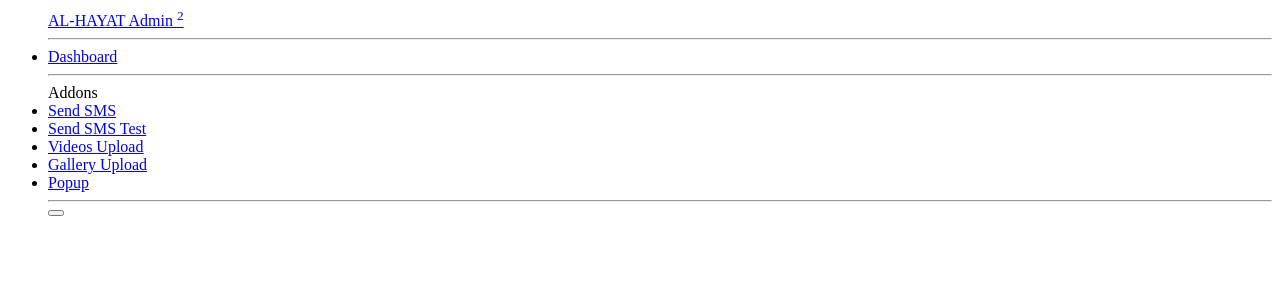
Repository: aache/alhayat
Page: http://localhost/admin/sidebar.php
An editor plug-in stored every save of this project. The page is shown before and after the next save, followed by the edit.
The browser window is 1280 px wide. The pictures show the whole page.
The page is run by PHP 8.4 with error messages shown; the project is at /var/www/html/.

Above is the page before, as saved 2019-04-27 00:01:41.

After the next save:
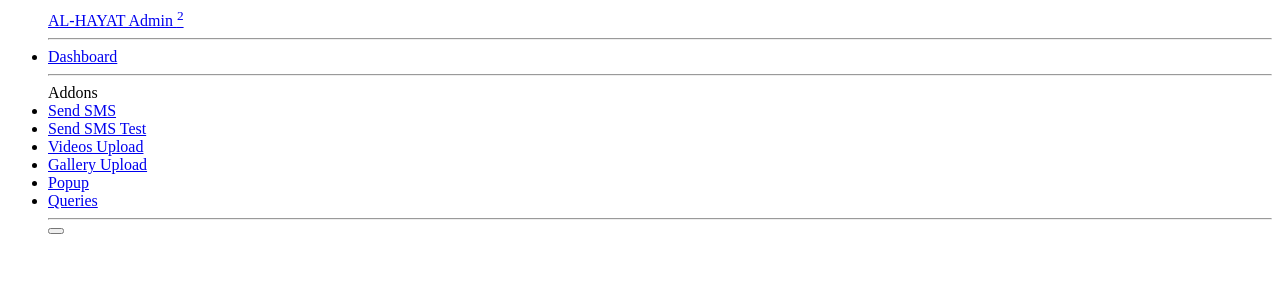
Saved 117 s later.
--- a/admin/sidebar.php
+++ b/admin/sidebar.php
@@ -59,6 +59,12 @@
     <span>Popup</span></a>
 </li>
 
+<li class="nav-item">
+  <a class="nav-link" href="popup_setting.php">
+    <i class="fas fa-fw fa-chart-area"></i>
+    <span>Queries</span></a>
+</li>
+
 <!-- Divider -->
 <hr class="sidebar-divider d-none d-md-block">
 
